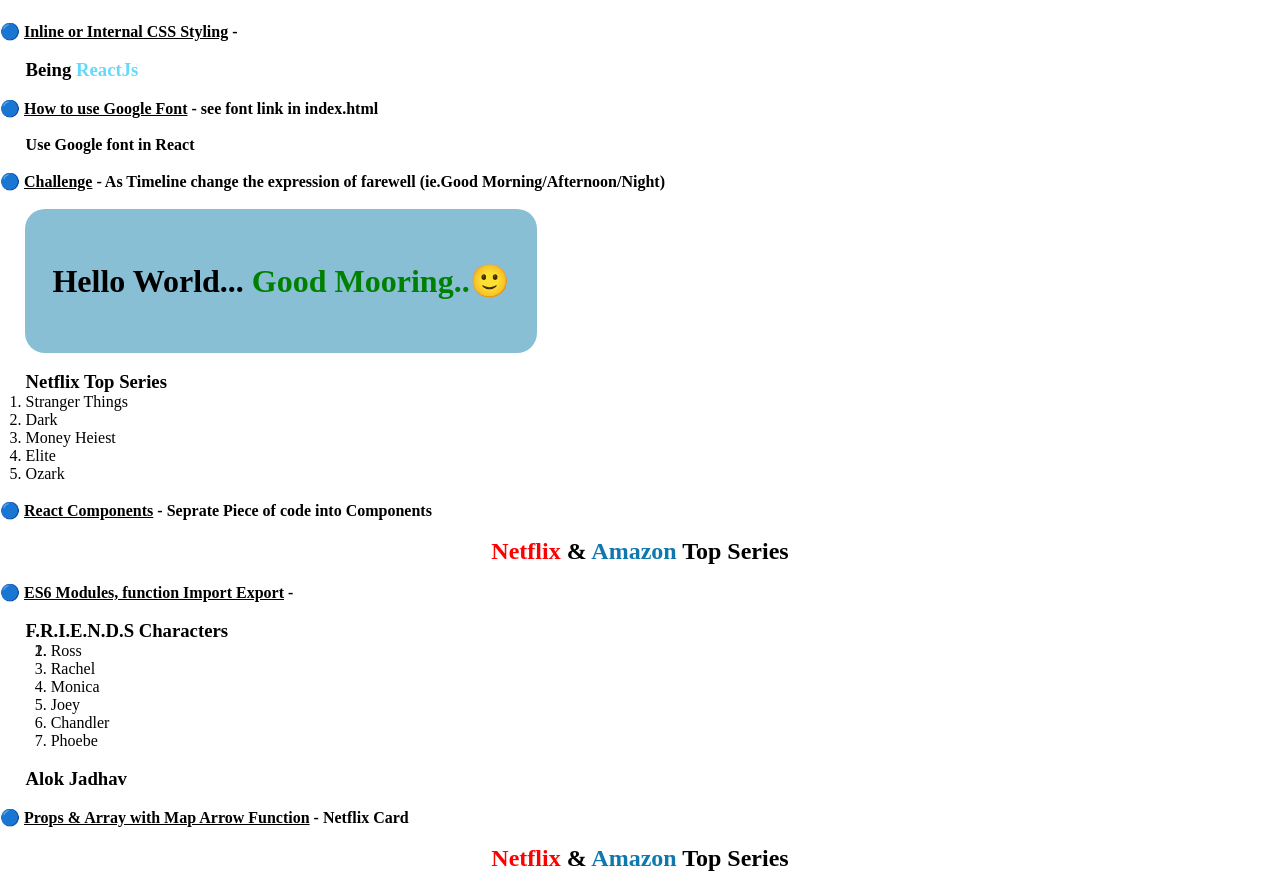
Repository: AalokJadhav/Being_ReactJS
Page: /
The author's editor kept a copy of each file at every save. The page is drawn from the files as they stood at one save, then again after the next save.
The browser window is 1280 px wide. The pictures show the part of the page from y = 728 to 1618 px (the page is 3224 px tall before and 3147 px after).
Pictures or frames that could not be fetched are drawn as grey boxes. Some web fonts or font styles are not loaded; a fallback is used. The project was rebuilt for these pictures with package versions that can differ from the ones it lists, and the page was loaded fresh each time.

Above is the page before, as saved 2021-10-19 16:41:50.

### public/index.html
<!DOCTYPE html>
<html lang="en">

<head>
  <meta charset="utf-8" />
  <link rel="icon" href="%PUBLIC_URL%/favicon.ico" />
  <meta name="viewport" content="width=device-width, initial-scale=1" />
  <meta name="theme-color" content="#000000" />
  <meta name="description" content="Web site created using create-react-app" />
  <link rel="apple-touch-icon" href="%PUBLIC_URL%/logo192.png" />
  <!--
      manifest.json provides metadata used when your web app is installed on a
      user's mobile device or desktop. See https://developers.google.com/web/fundamentals/web-app-manifest/
    -->
  <link rel="manifest" href="%PUBLIC_URL%/manifest.json" />
  <link rel="preconnect" href="https://fonts.googleapis.com">
  <link rel="preconnect" href="https://fonts.gstatic.com" crossorigin>
  <link rel="preconnect" href="https://fonts.googleapis.com">
  <link rel="preconnect" href="https://fonts.gstatic.com" crossorigin>
  <link href="https://fonts.googleapis.com/css2?family=Festive&display=swap" rel="stylesheet">
    <!--
      Notice the use of %PUBLIC_URL% in the tags above.
      It will be replaced with the URL of the `public` folder during the build.
      Only files inside the `public` folder can be referenced from the HTML.

      Unlike "/favicon.ico" or "favicon.ico", "%PUBLIC_URL%/favicon.ico" will
      work correctly both with client-side routing and a non-root public URL.
      Learn how to configure a non-root public URL by running `npm run build`.
    -->
  <title>Being React</title>
</head>

<body>
  <noscript>You need to enable JavaScript to run this app.</noscript>
  <div id="root"></div>
  <!--
      This HTML file is a template.
      If you open it directly in the browser, you will see an empty page.

      You can add webfonts, meta tags, or analytics to this file.
      The build step will place the bundled scripts into the <body> tag.

      To begin the development, run `npm start` or `yarn start`.
      To create a production bundle, use `npm run build` or `yarn build`.
    -->
</body>

</html>

### src/index.js
// var React = require ('react');
// var ReactDom = require ('react-dom');

import React from 'react';
import ReactDom from 'react-dom';
import './index.css';
import App from './App';


ReactDom.render(<App />, document.getElementById('root'));

### src/index.css

*{margin: 0; padding: 0; box-sizing: border-box;};


.h3 {
  padding-left: 0%;
}
/* Style the header with a grey background and some padding */
.header {
  overflow: hidden;
  background-color: black;
  padding: 20px 10px;
}

/* Style the header links */
.header a {
  float: left;
  color: #fff;
  text-align: center;
  padding: 12px;
  text-decoration: none;
  font-size: 18px;
  line-height: 25px;
  border-radius: 4px;
}

/* Style the logo link (notice that we set the same value of line-height and font-size to prevent the header to increase when the font gets bigger */
.header a.logo {
  font-size: 25px;
  font-weight: bold;
  font-family: cursive;
  color: #61dafb;
}

/* Style the active/current link*/
.active {
  line-height: 50px;
}

/* Float the link section to the right */
.header-right {
  float: right;
}

.heart {
	font-size: 25px;
	color: #e00;
	animation: beat .25s infinite alternate;
	transform-origin: center;
}

/* Heart beat animation */
@keyframes beat{
	to { transform: scale(1.4); }
}

.googlefont {
  font-family: 'Festive', cursive;
}
/* Add media queries for responsiveness - when the screen is 500px wide or less, stack the links on top of each other */
@media screen and (max-width: 500px) {
  .header a {
    float: none;
    display: block;
    text-align: left;
  }
  .header-right {
    float: none;
  }
}

.img_div img{
  width: 33%;
  height: 5%;
  margin: auto;
  padding-left: 2%;
}

.content {
  padding-left: 2%;
}
.sHeading1 {
  text-align: center;
}

.challenge1 {
  background-color: rgb(137, 191, 212);
  width: 40%;
  height: 20vh;
  display: flex;
  justify-content: center;
  align-items: center;
  margin-top: -0px;
  margin-left: 25px;
  border-radius: 20px;
}

.heading_styleN  {
  padding: 30px 0;
  padding-left: 90px;
  text-align: left;
  font-family: "Raleway", sans-serif;
  text-transform: uppercase;
  font-size: 13px;
  letter-spacing: 2px;
  font-weight: 5000;
  color: red;
  background-color: black;
  font-size: 1.rem;
  margin-bottom: -50px;
}

.netflixlogo {
  height: 29px;
  float: right;
  padding-right: 90px;

}
.heading_styleA  {
  padding: 30px 0;
  padding-left: 90px;
  text-align: left;
  font-family: "Raleway", sans-serif;
  text-transform: uppercase;
  font-size: 13px;
  letter-spacing: 2px;
  font-weight: 5000;
  color: white;
  background-color: #0f79af;
  font-size: 1.rem;
  margin-bottom: -50px;
}

.primelogo {
  height: 29px;
  float: right;
  padding-right: 90px;
}

.cards {
  width: 100%;
  height: auto;
}

.card {
  margin: 6%;
  transition: all 0.4s cubic-bezier(0.175, 0.885, 0, 1);
  width: 21.25%;
  border-radius: 12px;
  background-color: red;
  box-shadow: 0px 13px 10px -7px rgb(0, 0, 0, 0.1);
  float: left;
}

.card:hover {
  box-shadow: 0px 30px 18px  -8px  rgb(0, 0, 0, 0.1);
  transform: scale(1.05, 1.05);
  background-color: green;

}
.card__img {
  width: 100%;
  height: 300px;
  border-top-left-radius: 12px;
  border-top-right-radius: 12px;

}

.card__info {
  background-color: #fff;
  border-bottom-left-radius: 12px;
  border-bottom-left-radius: 12px;
  background-color: #fff;
}

.card__category {
  font-family: "Raleway", sans-serif;
  text-transform: uppercase;
  font-size: 13px;
  letter-spacing: 2px;
  font-weight: 500;
  color: #868686;
  background-color: #fff;


}

.card__title {
  margin-top: 5px;
  margin-bottom: 10px;
  text-transform: capitalize;
  font-family: "Raleway", sans-serif;
  background-color: #fff;

}

button {
  padding: 5px 8px;
  font-family: "Raleway", sans-serif;
  text-transform: uppercase;
  font-size: 13px;
  letter-spacing: 2px;
  font-weight: 1000;
  color: red;
  background-color: #fff;
  outline: none;
  border: 1px solid black;
  cursor: pointer;
}

### src/App.js
import React from "react";
import './index.css';

import Navbar from './Header'
import List from "./List";
import CurrentDate from "./CurrentDate";
import RandomImages from "./RandomImages";
import InlineCss from "./InlineCss";
import SimpleGreeting from './SimpleGreeting';
import GoogleFont from "./GoogleFont";
import RComponents from "./RComponents";
import NetflixCard from "./NetflixCard";
import IfElse from "./IfElse";


function App() {

  return (
    <>
      <Navbar /><br /><br /><br /><br />
      <h4>Hello  World From ReactJS...✋</h4><br />
      <CurrentDate />
      <RandomImages />
      <InlineCss /> <br />
      <GoogleFont />
      <SimpleGreeting />
      <List />
      <RComponents />
      <NetflixCard />
      <IfElse />
    </>
  );
}



export default App;


//In Pure JavaScript
var h3 = document.createElement('h3');
h3.innerHTML = 'Hello  World From Pure JavaScript...❤❤❤';
document.getElementById('root').appendChild(h3);

### src/Header.jsx
import React from "react";




function Navbar() {

  return (
    <>
    <div className="header">
        <a href="#default" className="logo"><span style={{ color: 'white'}}>Being</span> &nbsp;
        <img src="data:[embedded picture, 514 characters]" alt="" height="20"  />
           &nbsp; React</a>
      <div className="header-right">
        <h5 className="active" style={{ color: 'white'}}>Made with <span className="heart">&#x2665;</span> by Alok Jadhav</h5>
        </div>
      </div>
    </>
  );
}
export default Navbar;

### src/List.jsx
import React from "react";
import './index.css';

function List() {
  return (
    <>

      <div className="content">
      <h3>Netflix Top Series</h3>
        <ol>
          <li>Stranger Things</li>
          <li>Dark</li>
          <li>Money Heiest</li>
          <li>Elite</li>
          <li>Ozark</li>
        </ol>
      </div>
      <br />
    </>
  );
}

export default List;

### src/CurrentDate.jsx
import React from "react";


const fullDate = new Date();
const date = fullDate.toLocaleDateString();
const time = fullDate.toLocaleTimeString();


function CurrentDate() {
    return (
        <>
        <h4>🔵 <u>Display Current date and time in JSX</u> -</h4><br />
        <div className="content">
          <p>Current Date is {`${date}`} </p>
          <p>Current Time is {`${time} `} </p>
        </div>
        <br />
        </>
    );
  }

export default CurrentDate;

### src/RandomImages.jsx
import React from "react";
import './index.css';

const RandomImgUrl = 'https://picsum.photos/2000';
const RandomImgUrl1 = 'https://picsum.photos/900';
const RandomImgUrl2 = 'https://picsum.photos/800';

function RandomImages() {
  return (
    <>
    <h4>🔵 <u>JSX Attributes for random image</u> -</h4><br />
  <div className="img_div">
    <img src={RandomImgUrl} alt='random image1' />
    <img src={RandomImgUrl1} alt='random image2' />
    <img src={RandomImgUrl2} alt='random image3' />
  </div>
  <br />
  </>
  );
}

export default RandomImages;

### src/InlineCss.jsx
function InlineCss() {
    return (
        <>
            <h4 >🔵 <u>Inline or Internal CSS Styling</u> -</h4><br/>
            <div className="content">
            <h3>Being <span style={{ color: '#61dafb', fontFamily: 'serif' }}>ReactJs</span> </h3>
            </div>
        </>
    )
}

export default InlineCss;

### src/SimpleGreeting.jsx
const CurrDate = new Date(2021, 14, 10, 9);
const hour = CurrDate.getHours();
let greeting = '';

const cssStyle = {}

if (hour >= 1 && hour < 12) {
    greeting = 'Good Mooring..🙂';
    cssStyle.color = 'green';
} else if (hour >= 12 && hour < 19) {
    greeting = 'Good Afternoon..🙄';
    cssStyle.color = 'orange';
} else {
    greeting = 'Good Night..😴';
}

function SimpleGreeting() {
    return (
        <>
            <h4>🔵 <u>Challenge</u> - As Timeline change the expression of farewell (ie.Good Morning/Afternoon/Night)</h4><br />
            <div className="challenge1">
                <h1>Hello World...<span style={cssStyle}> {greeting}</span></h1>
            </div>
            <br />
        </>
    )
}

export default SimpleGreeting;

### src/GoogleFont.jsx
import React from "react";
import './index.css';


function GoogleFont() {
  return (
    <>
    <h4>🔵 <u>How to use Google Font</u> -  see font link in index.html </h4><br/>
  <div className="content">
    <h4 className="googlefont">Use Google font in React </h4>
  </div>
  <br />
  </>
  );
}

export default GoogleFont;

### src/RComponents.jsx
import React from 'react';
import Title from './Title';
import AllCharacter from './AllCharacter';

function RComponents() {
    return (
        <>
            <h4>🔵 <u>React Components</u> - Seprate Piece of code into Components</h4><br />
            <Title />
            <br />
            <AllCharacter />
            <br />
        </>
    )
}

export default RComponents;

### src/NetflixCard.jsx
import React from "react";
import Card from "./Card";
import Sdata from "./Sdata";
import Title from "./Title";

function NetflixCard() {

    return (
        <>
            <h4>🔵 <u>Props & Array with Map Arrow Function</u> - Netflix Card</h4><br />
            <Title /><br />
            {/* <h1 className="heading_styleN" >Netflix Favorite  Series</h1> */}
            {Sdata.map((val, index) => {
                console.log(index);
                return (
                    <Card
                        key={val.id}
                        imgsrc={val.imgsrc}
                        title={val.title}
                        sname={val.sname}
                        link={val.link} />
                )
            })
            }
        </>
    )
}

export default NetflixCard;

### src/IfElse.jsx
import React from "react";
import Card from "./Card";
import Sdata from "./Sdata";


const FavSeries = 'netflix';

function IfElse() {
    if (FavSeries === 'netflix') {
        return (
            <>
            <h4>🔵 <u>If Else Statement</u> - Cards Show with Condition</h4><br />
            <h1 className="heading_styleA" >Amazon Originals <img className="primelogo" src='https://upload.wikimedia.org/wikipedia/commons/thumb/1/11/Amazon_Prime_Video_logo.svg/800px-Amazon_Prime_Video_logo.svg.png'></img> </h1>
            <Card
                key={Sdata[1].id}
                imgsrc={Sdata[1].imgsrc}
                title={Sdata[1].title}
                sname={Sdata[1].sname}
                link={Sdata[1].link} />
        </>
        )
          } else {
              return  (
            <>
            <br />
            <h4>🔵 <u>If Else Statement</u> - Cards Show with Condition</h4><br />
            <h1 className="heading_styleN" >A Netflix Originals <img className="netflixlogo" src='https://upload.wikimedia.org/wikipedia/commons/thumb/0/08/Netflix_2015_logo.svg/799px-Netflix_2015_logo.svg.png'></img> </h1>
                <Card
                    key={Sdata[2].id}
                    imgsrc={Sdata[2].imgsrc}
                    title={Sdata[2].title}
                    sname={Sdata[2].sname}
                    link={Sdata[2].link} />
                    </>
              )


}
}

export default IfElse;

### src/Title.jsx
import React from "react";


function Title() {
    return (
        <div className="sHeading1">
            <h2><span style={{color: 'red'}}>Netflix</span> & <span style={{color: '#0f79af'}}>Amazon</span> Top Series</h2>
        </div>

    )
}



export default Title;

### src/AllCharacter.jsx
// import { FullName } from './FullName';



const Characters = ['Ross', 'Rachel', 'Monica', 'Joey', 'Chandler', 'Phoebe'];
const AllCharacters = [];

let name = 'Alok Jadhav';
const Myname = name

Characters.forEach(function (data) {
  AllCharacters.push(<li>{data}</li>);
});

function AllCharacter() {
  return (
    <>
      <h4>🔵 <u>ES6 Modules, function Import Export</u> - </h4><br />
      <div className="content">
        <h3>F.R.I.E.N.D.S Characters</h3>
        <ol className="content">
          <li>{AllCharacters}</li>
        </ol>
        <br />
        <h3>{Myname}</h3>
      </div>
    </>
  )
}

export default AllCharacter;

### src/Card.jsx
import React from "react";
import Images from "./CardImages";
import NcardHeading from "./NcardHeading";

function Card(props) {
    return (
      <>
        <div className="cards">
          <div className="card">
            <Images  imgsrc={props.imgsrc}/>
            <div className="card__info">
              <span className="card__category">{props.title}</span>
              <NcardHeading sname={props.Sname} />
              <a href={props.link} target="_blank" rel="noreferrer">
                <button>Watch Now</button>
              </a>
            </div>
          </div>
        </div>
      </>
    )
  }

  export default Card;

### src/Sdata.jsx
const Sdata = [
  {
    id: 1,
    imgsrc:
      "http://cdn.shopify.com/s/files/1/0151/0741/products/pg1004_1024x1024.jpg?v :1578633269",
    title: "A Netflix Series",
    sname: "F.R.I.E.N.D.S",
    link: "https://www.netflix.com/in/title/70153404",
  },
  {
    id: 2,
    imgsrc: "https://talenthouse-res.cloudinary.com/image/upload/c_limit,fl_progressive,h_1280,w_1280/v1542188034/user-849291/submissions/mfa0no5fxv0d2t40jgpt.jpg",
    title: "The Amazon Original",
    sname: "Mirzapur",
    link: "https://www.primevideo.com/detail/Mirzapur/0PDOKMV9CRLOMO5EUKNCUJLG4Q",
  },
  {
    id: 3,
    imgsrc: "https://wallpapercave.com/wp/wp4056407.jpg",
    title: "A Netflix Series",
    sname: "Dark",
    link: "https://www.netflix.com/in/title/80100172",
  },
  {
    id: 4,
    imgsrc: "https://i1.wp.com/urbanasian.com/wp-content/uploads/2021/01/C5171E29-D5A4-4E14-99B2-CA462FC48FA2.png?fit=525%2C453&ssl=1",
    title: "The Amazon Original",
    sname: "The Family Man",
    link: "https://www.primevideo.com/detail/The-Family-Man/0H3DDB4KBJFNDCKKLHNRLRLVKQ",
  },
  {
    id: 5,
    imgsrc: "https://wallpapercave.com/wp/wp1839578.jpg",
    title: "A Netflix Series",
    sname: "Stranger Things",
    link: "https://www.netflix.com/in/title/80057281",
  },
  {
    id: 6,
    imgsrc: "https://www.91-cdn.com/hub/wp-content/uploads/2021/07/Paatal-Lok-highest-rated-Hindi-web-series-to-watch-on-Amazon-Prime-Video.jpg?tr=q-100",
    title: "The Amazon Original",
    sname: "Paatal Lok",
    link: "https://www.primevideo.com/detail/Paatal-Lok/0G9IEOHCN8KMY6COD9ILGH7IY5",
  },
];

export default Sdata;

### src/CardImages.jsx
import React from "react";

const Images = (props) => {
    return <img src={props.imgsrc} alt="friends" className="card__img"  />

};

export default Images;

### src/NcardHeading.jsx
import React from "react";

const NcardHeading = (props) => {
  return  <h3 className="card__title">{props.Sname}</h3>
}

export default NcardHeading;

After the next save:
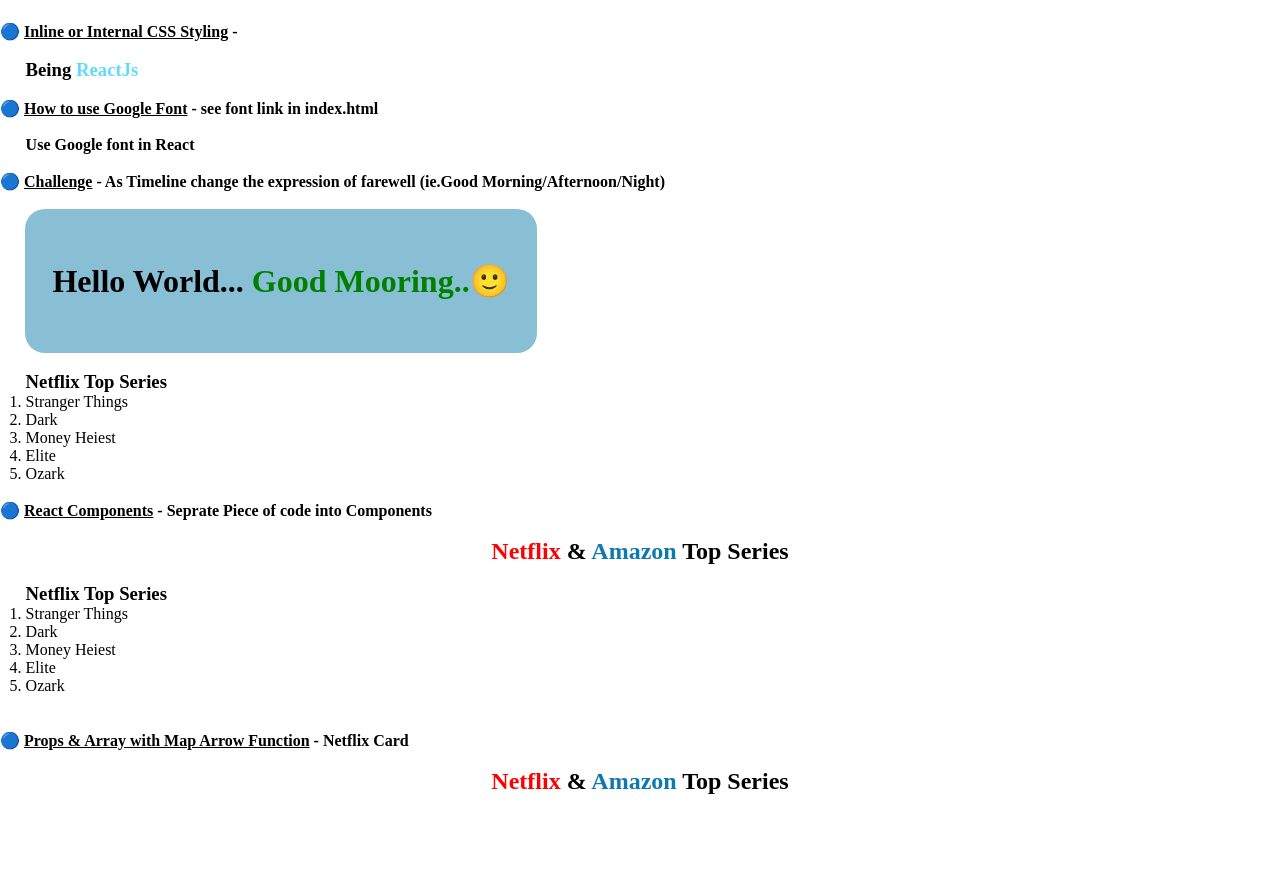
Saved 76 s later.
--- a/src/RComponents.jsx
+++ b/src/RComponents.jsx
@@ -1,6 +1,6 @@
 import React from 'react';
 import Title from './Title';
-import AllCharacter from './AllCharacter';
+import List from './List';
 
 function RComponents() {
     return (
@@ -8,7 +8,7 @@
             <h4>🔵 <u>React Components</u> - Seprate Piece of code into Components</h4><br />
             <Title />
             <br />
-            <AllCharacter />
+            <List />
             <br />
         </>
     )

After the save that followed:
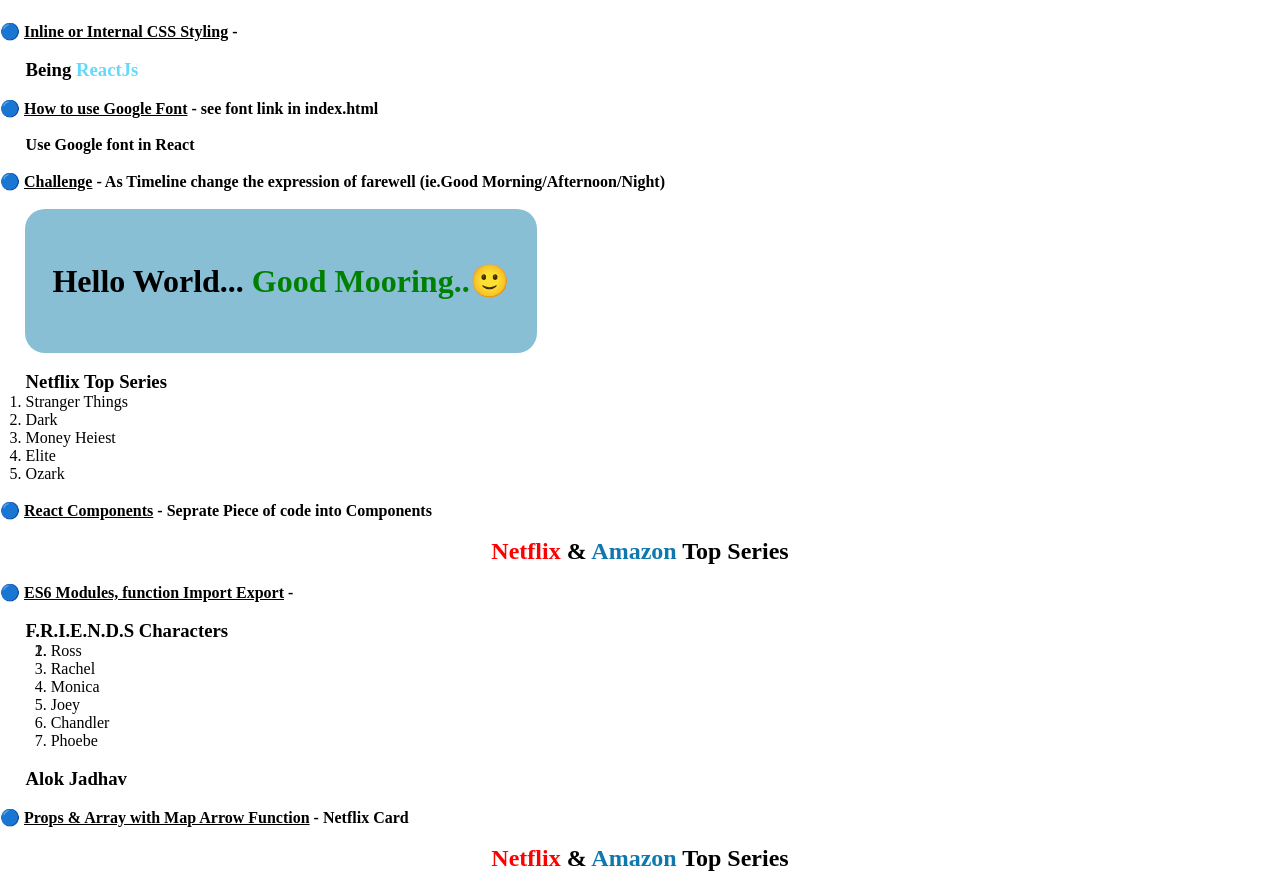
Saved 26 s later.
--- a/src/RComponents.jsx
+++ b/src/RComponents.jsx
@@ -1,6 +1,6 @@
 import React from 'react';
 import Title from './Title';
-import List from './List';
+import AllCharacter from './AllCharacter';
 
 function RComponents() {
     return (
@@ -8,7 +8,7 @@
             <h4>🔵 <u>React Components</u> - Seprate Piece of code into Components</h4><br />
             <Title />
             <br />
-            <List />
+            <AllCharacter />
             <br />
         </>
     )
